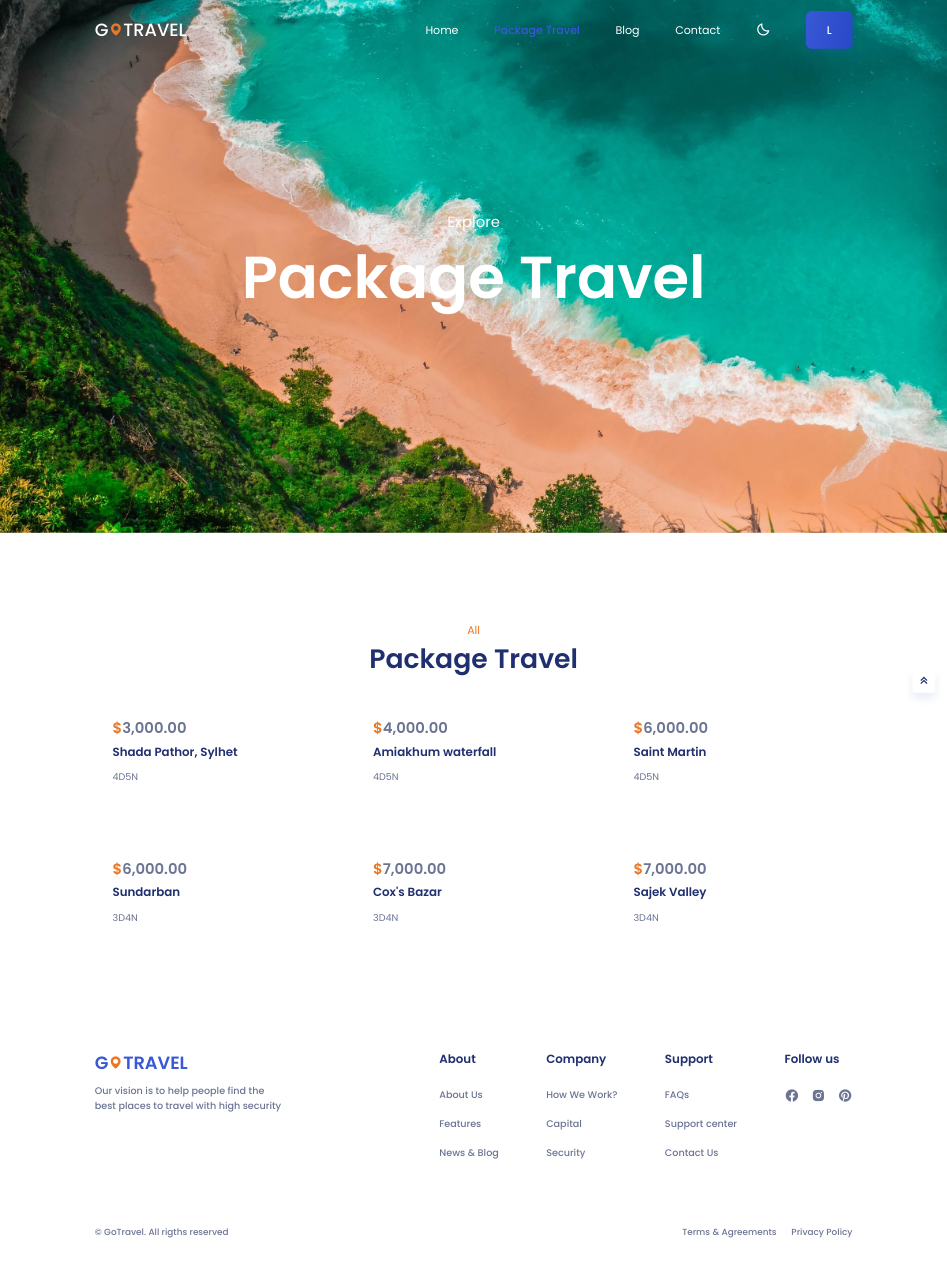
Repository: albushra2/GojordanForhamzeh
Page: http://localhost/travel-packages
An editor plug-in stored every save of this project. The page is shown before and after a run of saves, followed by the edit.
The browser window is 1280 px wide. The pictures show the whole page, at 74% of full size.
The page is served by the project's Laravel application, run on PHP 8.4 with Laravel 10. The database holds what the project's SQL file puts in it.

Above is the page before, as saved 2024-05-16 18:45:01.

After the next 3 saves:
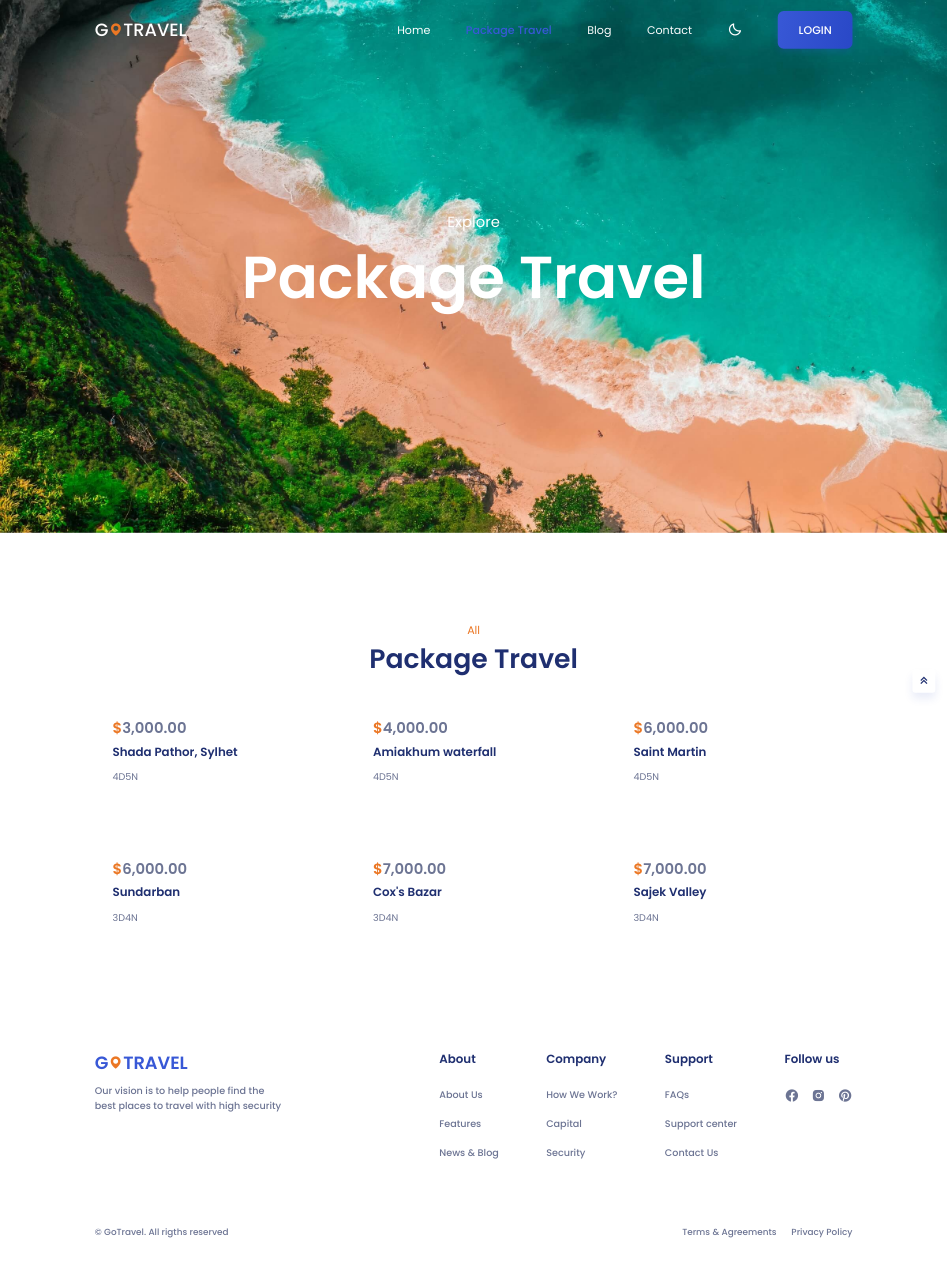
The 3 saves are shown as one change because they came seconds apart.
The last was saved 8 s later.
--- a/resources/views/layouts/frontend.blade.php
+++ b/resources/views/layouts/frontend.blade.php
@@ -62,7 +62,7 @@
                 <!-- theme -->
                 <i class="bx bx-moon change-theme" id="theme-button"></i>
 
-                <a href="{{ route('touristlogin') }}" class="button nav__button">L</a>
+                <a href="{{ route('touristlogin') }}" class="button nav__button"> LOGIN </a>
 
             </nav>
         </header>
